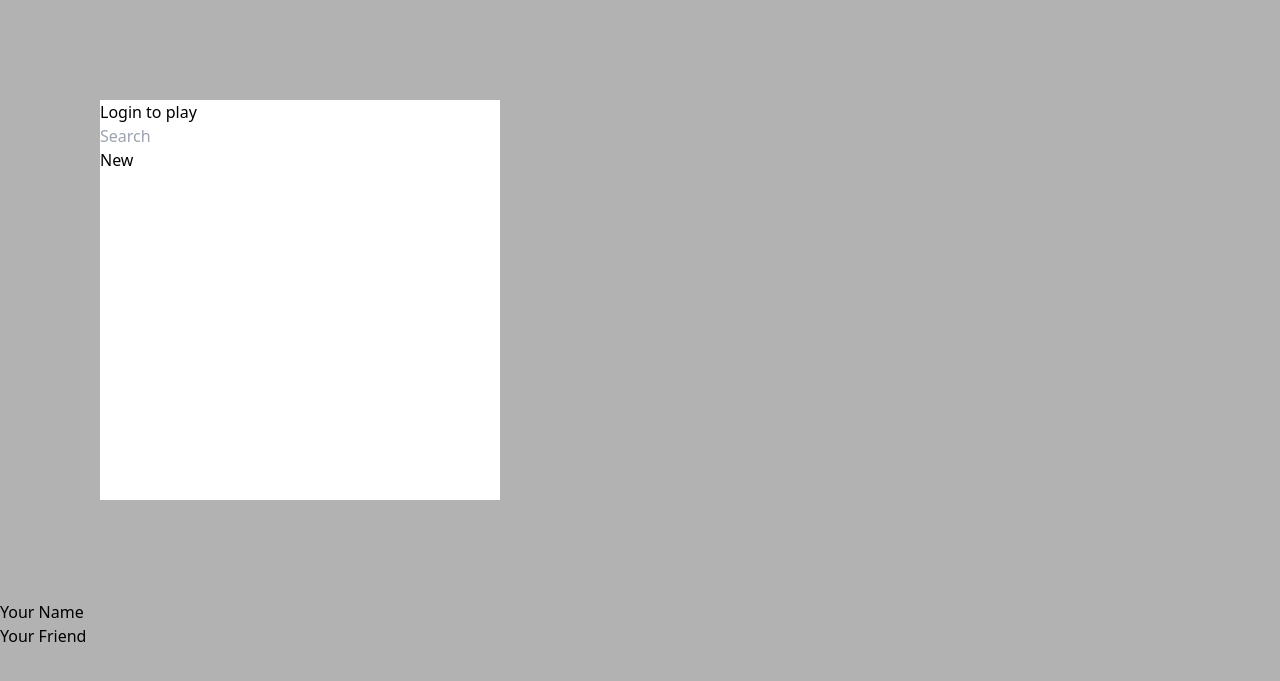
Repository: Teddy1705/demo_pj
Page: /
The author's editor kept a copy of each file at every save. The page is drawn from the files as they stood at one save, then again after a run of saves.
The browser window is 1280 px wide. The pictures show the whole page.
The project was rebuilt for these pictures with package versions that can differ from the ones it lists, and the page was loaded fresh each time. Also part of the build but not shown: vite.config.js.

Above is the page before, as saved 2024-04-16 09:05:27.

After the next 2 saves:
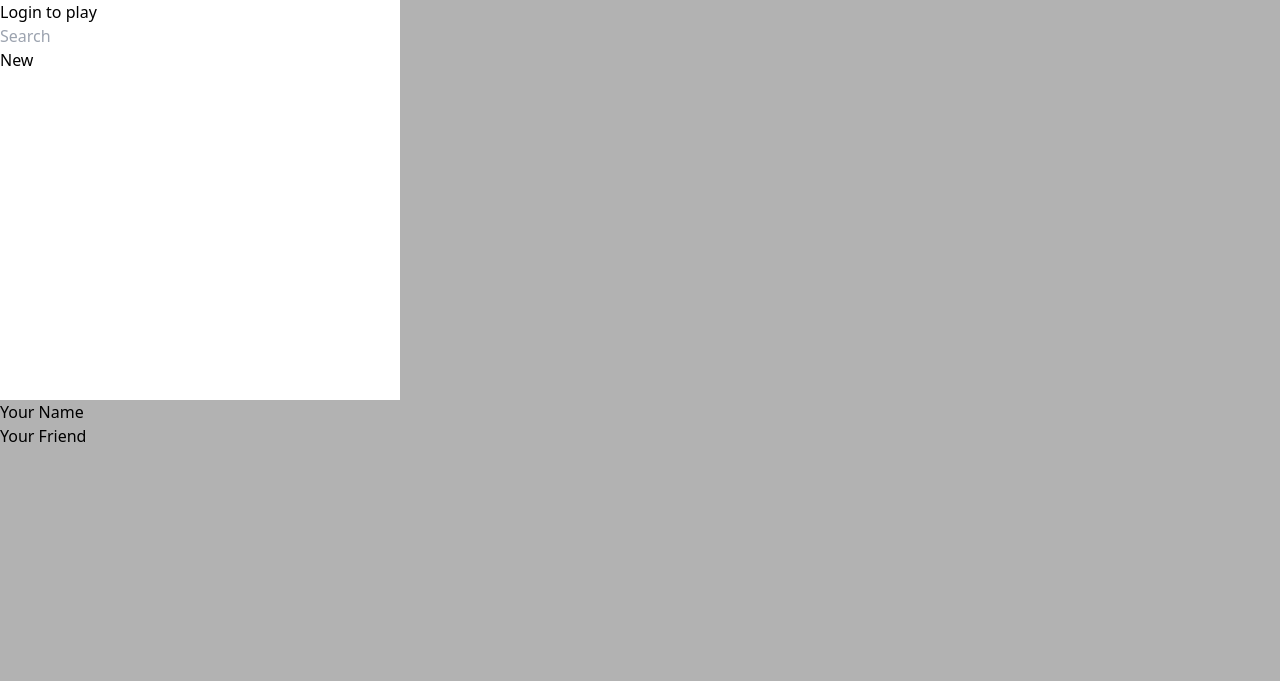
The 2 saves are shown as one change because they came seconds apart.
The last was saved 18 s later.
--- a/src/index.css
+++ b/src/index.css
@@ -578,7 +578,7 @@ video {
 #modal .modal__body {
   position: relative;
   background-color: var(--white-color);
-  margin: 100px;
+  margin: 0;
   width: 400px;
   height: 400px;
 }
